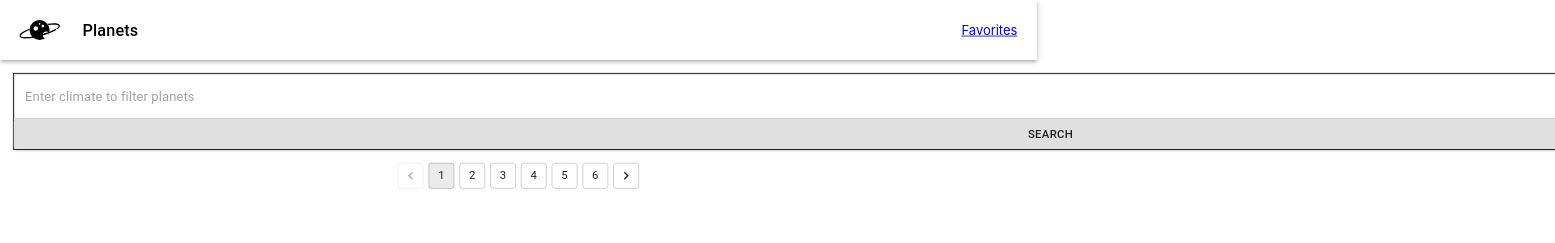
Repository: samridhie01/assignment
Page: /
An editor plug-in stored every save of this project. The page is shown before and after the next save, followed by the edit.
The browser window is 1280 px wide. The page is 2578 px wide, then 1280 px, so the pictures cover 1920 px, including what lies to the right of the window. The pictures show the whole page, at 81% of full size.
The page's requests for data from a server got no answer. The project was rebuilt for these pictures with package versions that can differ from the ones it lists, and the page was loaded fresh each time. A package was used in the major version that the imports need, not the one package.json lists. No one was signed in, and anything a server would have sent is missing. Also part of the build but not shown: src/components/planets/PlanetTile.tsx, src/components/planets/Planets.tsx, src/components/details/SpecificPlanetRetrievalService.ts, src/components/details/Details.tsx, src/components/favorites/Favorites.tsx.

Above is the page before, as saved 2020-08-21 18:39:08.

### src/index.tsx
import React from 'react';
import ReactDOM from 'react-dom';
import './index.css';
import App from './components/app/App';
import * as serviceWorker from './serviceWorker';
import { BrowserRouter } from 'react-router-dom';
import { Provider } from 'react-redux';
import rootReducer from './reducers';
import { createStore } from 'redux';
import store from "../src/store/index"
import { addPlanetData } from './actions';



ReactDOM.render(
  <React.StrictMode>

    <BrowserRouter>
    <Provider store={store}>
    <App />
    </Provider>
    </BrowserRouter>

  </React.StrictMode>,
  document.getElementById('root')
);

// If you want your app to work offline and load faster, you can change
// unregister() to register() below. Note this comes with some pitfalls.
// Learn more about service workers: https://bit.ly/CRA-PWA
serviceWorker.unregister();

### src/components/app/App.tsx
import React, { useEffect, useState } from "react";
import { Route, Switch } from "react-router-dom";
import HomePage from "../homePage/HomePage";
import Details from "../details/Details";
import Favorites from "../favorites/Favorites";
import { PlanetData } from "../module/types";

const App = () => {
  const [favs, setFavs] = useState<PlanetData[]>([]);

  const addToFavs = (data: any) => {
    if(favs.includes(data)){
      return;
    }
      let newArr = [...favs, data];
      setFavs(newArr);
  };

  return (
    <main>
      <Switch>
        <Route
          exact
          path="/"
          render={() => <HomePage handleAddToFavs={addToFavs} />}
        />
        <Route path="/details" component={Details} />
        <Route path="/favs" render={() => <Favorites listOfFavs={favs} />} />
      </Switch>
    </main>
  );
};
export default App;

### src/store/index.ts
import {createStore} from 'redux';
import rootReducer from '../reducers/index';

const store = createStore(rootReducer);

export default store;

### src/components/homePage/HomePage.tsx
import React, { useEffect, useState, ChangeEvent } from "react";
import { useStyles } from "./HomePageStyle";
import Header from "../header/Header";
import Planets from "../planets/Planets";
import SearchBox from "../searchBox/SearchBox";
import { getPlanetData, getPlanetDataPage } from "./PlanetRetrievalService";
import Pagination from "@material-ui/lab/Pagination";
import { PlanetData } from "../module/types";

interface PlanetOverview {
  handleAddToFavs: (element: any) => void;
}

const HomePage: React.FC<PlanetOverview> = ({ handleAddToFavs }) => {
  const [planetData, setPlanetData] = useState<PlanetData[]>([]);

  const handleNewPage = (page: number) => {
    getPlanetDataPage(page).then(res => {
      setPlanetData(res.data.results);
    });
  };

  const fetchData = () => {
    getPlanetData().then(res => {
      setPlanetData(res.data.results);
      localStorage.setItem("planetData", res.data.results);
    });
  };

  useEffect(() => {
    fetchData();
  }, []);

  const handlePageChange = (event: ChangeEvent<unknown>, value: number) => {
    handleNewPage(value);
  };

  const updatePlanetSearchResult = (key: string | null) => {

    if (key == "") {
      fetchData();
      return;
    }
    const newData = planetData.filter(data => {
      if (
        key == null ||
        data.climate.toLowerCase().includes(key.toLowerCase())
      ) {
        return data;
      }
    });
    setPlanetData(newData);
  };

  const classes = useStyles();
  if (localStorage.getItem("planetData") != null) {
  }

  return (
    <>
      <Header path="/favs" linkName={"Favorites"} />
      <div >
        <div>
        <SearchBox  handleSearch={updatePlanetSearchResult} />
        </div>
        <div >
          {planetData &&
            planetData.map((element: PlanetData, index: number) => {
              return (
                <Planets
                  data={element}
                  onSaveClick={() => {
                    handleAddToFavs(element);
                  }}

                />
              );
            })}
        </div>
      </div>

      <Pagination
        count={6}
        defaultPage={1}
        variant="outlined"
        shape="rounded"
        className={classes.indexing}
        onChange={handlePageChange}
      />
    </>
  );
};
export default HomePage;

### src/reducers/index.ts
import { ADD_PLANETDATA } from '../constants/action-types';
import { PlanetActionTypes, Planet, PlanetState } from '../store/types';

const initialState: PlanetState = {
    planetData: []
};

function rootReducer(state=initialState, action:PlanetActionTypes):PlanetState{
    if(action.type == ADD_PLANETDATA){
        return{
            planetData: [...state.planetData, action.payload]
        }
    }
    return state;
}

export default rootReducer;

### src/components/homePage/HomePageStyle.ts
import { makeStyles, createStyles, Theme } from "@material-ui/core/styles";

export const useStyles = makeStyles((theme: Theme) =>
  createStyles({
    flexContainer: {
      display: "inline-flex",
      flex: "1 0 50%",
      textAlign: "center",
      padding: "10px",
      overflow: "hidden"
    },
    item: {
      alignSelf: "flex-end",
    },
    stopShrink: {
      alignSelf: "flex-start"
    },
    indexing: {
      display: "flex",
      justifyContent: "center"
    },
    title: {
      flexGrow: 1
    }
  })
);

### src/components/header/Header.tsx
import React from "react";
import AppBar from "@material-ui/core/AppBar";
import {Toolbar, makeStyles, createStyles, IconButton, Button,Theme} from "@material-ui/core";
import {ReactComponent as PlanetIcon} from "../../assets/planet.svg";
import Typography from "@material-ui/core/Typography";
import { Link } from "react-router-dom";

const useStyles = makeStyles((theme: Theme) =>
  createStyles({
    root: {
      flexGrow: 1,
    },
    menuButton: {
      marginRight: theme.spacing(2),
    },
    title: {
      flexGrow: 1,
    },
    logo: {
       width: 50,
       height: 50
      },
  }),
);

interface HeaderProps{
  path: string,
  linkName: string
}

const Header:React.FC<HeaderProps> = ({
  path,
  linkName
})=>{
    const classes=useStyles();
return(
<AppBar color="inherit"  position="static">
    <Toolbar>
        <IconButton edge="start" className={classes.menuButton} color="inherit" aria-label="menu">
        <PlanetIcon className={classes.logo}/>
        </IconButton>
        <Typography variant="h6" className={classes.title}>
            Planets
        </Typography>
         <Link to={{pathname: `${path}`}} color="inherit">{linkName}</Link>
        {/* <Link to={{pathname: `${path}`}} color="inherit">{linkName}</Link> */}
    </Toolbar>
</AppBar>
)


}

export default Header;

### src/components/searchBox/SearchBox.tsx
import React, { useState, useEffect } from "react";
import {
  Button,
  Box,
  TextField,
  Theme,
  makeStyles,
  createStyles
} from "@material-ui/core";

const useStyles = makeStyles((theme: Theme) =>
  createStyles({
    dotted: {
      display: "flex",
      flexDirection: "column",
      width: "200%"
    }
  })
);

interface Search {
  handleSearch: (key: string|null) => void;
}

const SearchBox: React.FC<Search> = ({ handleSearch }) => {
  const [searchItem, setSearchItem] = useState<string|null>("");
  const handleSearchChange = (event: any) => {
    setSearchItem(event.target.value);

  };


  // useEffect(()=>{
  //   if(searchItem=="" && localStorage.getItem("searchKey")!=null){
  //     const newSearchItem=(localStorage.getItem("searchKey") || "");
  //     setSearchItem(newSearchItem);
  //   }
  // })

  const classes = useStyles();
  return (
    <>
      <Box
        height="250%"
        border={1}
        m={2}
        display="inline-block"
        className={classes.dotted}
      >
        <TextField
          variant="outlined"
          onChange={handleSearchChange}
          placeholder="Enter climate to filter planets"
        />
        <Button
          variant="contained"
          onClick={() => {
            handleSearch(searchItem);
          }}
        >
          Search
        </Button>
      </Box>
    </>
  );
};

export default SearchBox;

### src/components/homePage/PlanetRetrievalService.ts
import axios from "axios";

const currentVersion = "2";
let data = localStorage.getItem("data");
let version = localStorage.getItem("version");

export const getPlanetData = async () => {
  const res = await axios({
    method: "GET",
    url: `https://swapi.dev/api/planets`
  });
  return res;
};

export const getPlanetDataPage = async (page: number) => {
  const res = await axios({
    method: "GET",
    url: `http://swapi.dev/api/planets/?page=${page}`
  });
  return res;
};

### src/constants/action-types.ts
export const ADD_PLANETDATA="ADD_PLANETDATA"

Loaded but not shown: public/index.html (common file); src/index.css (common file); src/serviceWorker.ts (common file)

After the next save:
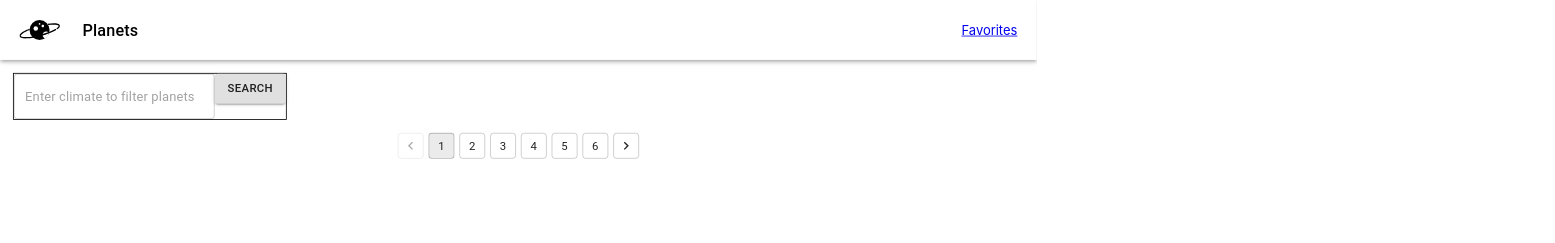
Saved 70 s later.
--- a/src/components/searchBox/SearchBox.tsx
+++ b/src/components/searchBox/SearchBox.tsx
@@ -29,14 +29,6 @@ const SearchBox: React.FC<Search> = ({ handleSearch }) => {
 
   };
 
-
-  // useEffect(()=>{
-  //   if(searchItem=="" && localStorage.getItem("searchKey")!=null){
-  //     const newSearchItem=(localStorage.getItem("searchKey") || "");
-  //     setSearchItem(newSearchItem);
-  //   }
-  // })
-
   const classes = useStyles();
   return (
     <>
@@ -45,7 +37,6 @@ const SearchBox: React.FC<Search> = ({ handleSearch }) => {
         border={1}
         m={2}
         display="inline-block"
-        className={classes.dotted}
       >
         <TextField
           variant="outlined"
